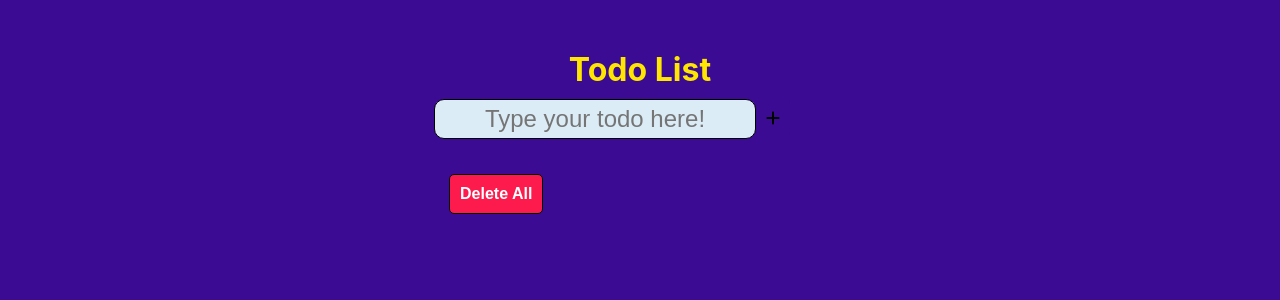
Repository: badhon252/todo-app
Page: /
The author's editor kept a copy of each file at every save. The page is drawn from the files as they stood at one save, then again after the next save.
The browser window is 1280 px wide. The pictures show the whole page.
The project was rebuilt for these pictures with package versions that can differ from the ones it lists, and the page was loaded fresh each time.

Above is the page before, as saved 2022-01-26 17:44:37.

### public/index.html
<!DOCTYPE html>
<html lang="en">

<head>
  <meta charset="utf-8" />
  <link rel="icon" href="%PUBLIC_URL%/favicon.ico" />
  <meta name="viewport" content="width=device-width, initial-scale=1" />
  <meta name="theme-color" content="#000000" />
  <meta name="description" content="Web site created using create-react-app" />
  <link rel="apple-touch-icon" href="%PUBLIC_URL%/logo192.png" />

  <link rel="manifest" href="%PUBLIC_URL%/manifest.json" />

  <link rel="stylesheet" href="https://cdnjs.cloudflare.com/ajax/libs/font-awesome/5.15.4/css/all.min.css"
    integrity="sha512-1ycn6IcaQQ40/MKBW2W4Rhis/DbILU74C1vSrLJxCq57o941Ym01SwNsOMqvEBFlcgUa6xLiPY/NS5R+E6ztJQ=="
    crossorigin="anonymous" referrerpolicy="no-referrer" />
  <title>React App</title>
</head>

<body>
  <noscript>You need to enable JavaScript to run this app.</noscript>
  <div id="root"></div>
  <!--
      This HTML file is a template.
      If you open it directly in the browser, you will see an empty page.

      You can add webfonts, meta tags, or analytics to this file.
      The build step will place the bundled scripts into the <body> tag.

      To begin the development, run `npm start` or `yarn start`.
      To create a production bundle, use `npm run build` or `yarn build`.
    -->
</body>

</html>

### src/App.js
import Todo from "./components/Todo";

function App() {
  return (
    <div className="App">
      <Todo />
    </div>
  );
}

export default App;

### src/components/Todo.js
import React, { useState } from "react";
import { FontAwesomeIcon } from "@fortawesome/react-fontawesome";
import { faPlus, faTrash, faEdit } from "@fortawesome/free-solid-svg-icons";
import "../Styles/style.css";

export default function Todo() {
  const [inputItems, setInputItems] = useState("");
  const [todo, setTodo] = useState([]);

  const addItems = () => {
    if (!inputItems) {
      alert("Your input field is blank!!");
    } else {
      const myNewInput = {
        id: new Date().getTime().toString(),
        name: inputItems,
      };
      setTodo((e) => [...todo, myNewInput]);
      setInputItems("");
    }
  };

  const handleClick = (index) => {
    const updateItems = todo.filter((current) => {
      return current.id !== index;
    });
    setTodo(updateItems);
  };

  return (
    <div className="main-div">
      <h1>Todo List</h1>
      <div className="inputs">
        <input
          type="text"
          name=""
          id="input-box"
          placeholder="Type your todo here!"
          value={inputItems}
          onChange={(e) => setInputItems(e.target.value)}
        />
        <FontAwesomeIcon icon={faPlus} className="add-btn" onClick={addItems} />

        {/* <button type="submit" className="add-btn" onClick={addItems}>
          Add
        </button> */}
      </div>
      {/* showing items =============== */}
      <div className="show-items">
        {todo.map((currentItems) => {
          return (
            <div key={currentItems.id}>
              <li className="todo-item">
                {currentItems.name}
                <FontAwesomeIcon icon={faEdit} className="icon edit" />
                <FontAwesomeIcon
                  icon={faTrash}
                  className="icon delete"
                  onClick={() => handleClick(currentItems.id)}
                />
              </li>
            </div>
          );
        })}
        <input
          type="button"
          value="Delete All"
          className="delete-all"
          onClick={() => setTodo([])}
        />
      </div>
    </div>
  );
}

### src/Styles/style.css
* {
  margin: 0;
  padding: 0;
  background-color: #3b0b94;
}

.main-div {
  padding-top: 50px;
  margin: auto;
  /* text-align: center; */
  width: 27rem;
}
h1 {
  color: #ffe600;
  text-align: center;
}
#input-box {
  color: #000000;
  padding: 5px;
  font-size: 1.5rem;
  border: 1px solid #000;
  background-color: #dcecf7;
  border-radius: 10px;
  text-align: center;
}
.inputs {
  margin: 10px;
}

.add-btn {
  padding: 10px;
  /* background-color: rgb(0, 255, 64); */
  color: rgb(0, 0, 0);
  /* border: 1px solid rgb(0, 0, 0); */
  font-weight: 700;
  font-size: 1rem;
  border-radius: 4px;
  cursor: pointer;
  margin-bottom: -7px;
}

.icon {
  margin: 0 10px;
  border-radius: 5px;
  cursor: pointer;
  /* background-color: rgb(0, 255, 34); */
  /* color: rgb(0, 0, 0); */
  /* border: 1px solid black; */
  /* font-weight: 700; */
}

.edit {
  margin-left: 50px;
}
.delete:hover {
  color: red;
}
.edit:hover {
  color: rgb(0, 255, 0);
}

.todo-item {
  /* background-color: #5b0080; */
  padding: 5px;
  color: white;
  font-size: 20px;
  font-weight: 700;
}
.delete-all {
  background-color: rgb(252, 27, 76);
  color: rgb(255, 255, 255);
  font-weight: 600;
  border: 1px solid black;
  border-radius: 5px;
  font-size: 1rem;
  padding: 10px;
  margin: 25px;
  cursor: pointer;
}
li {
  background-color: #2b007c;
  margin: 0 0 5px 30px;
}

Loaded but not shown: src/index.js (common file); src/index.css (common file); src/reportWebVitals.js (common file)

After the next save:
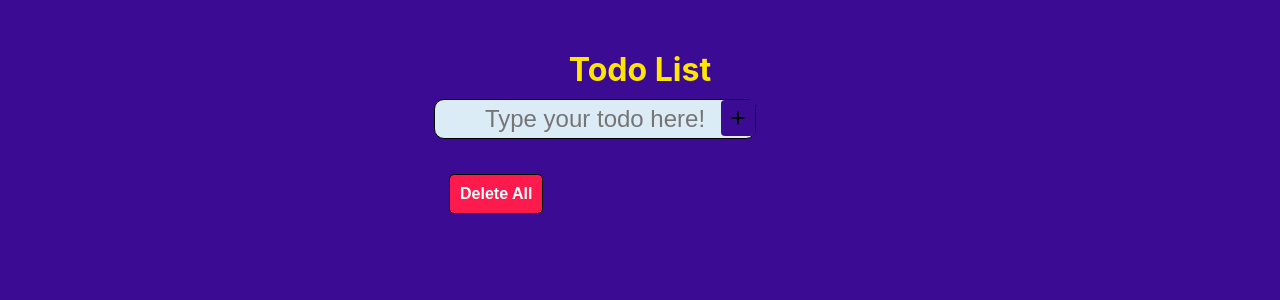
Saved 117 s later.
--- a/src/Styles/style.css
+++ b/src/Styles/style.css
@@ -37,6 +37,7 @@ h1 {
   border-radius: 4px;
   cursor: pointer;
   margin-bottom: -7px;
+  margin-left: -35px;
 }
 
 .icon {
